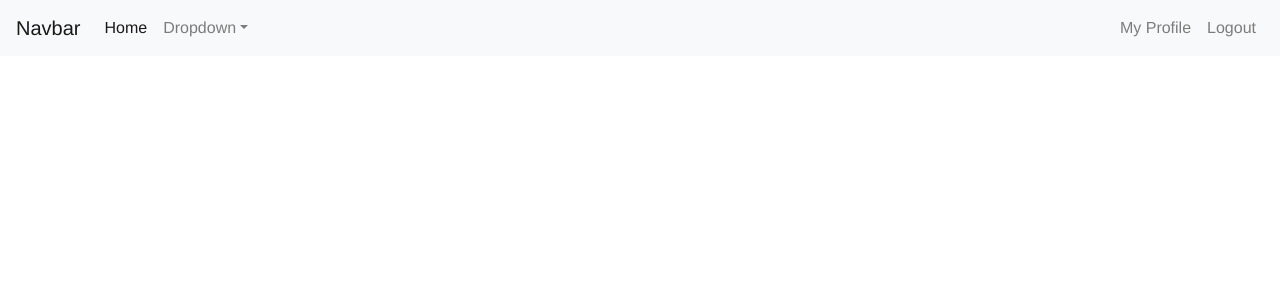
Repository: randrin/Firebase-Auth-Vue
Page: /profile
The author's editor kept a copy of each file at every save. The page is drawn from the files as they stood at one save, then again after the next save.
The browser window is 1280 px wide. The pictures show the whole page.
The project was rebuilt for these pictures with package versions that can differ from the ones it lists, and the page was loaded fresh each time. Also part of the build but not shown: src/components/Home.vue. Imported but missing from the stored project, and not drawn on this page: src/components/Login.

Above is the page before, as saved 2020-08-07 13:01:56.

### index.html
<!DOCTYPE html>
<html>
  <head>
    <meta charset="utf-8">
    <meta name="viewport" content="width=device-width,initial-scale=1.0">
    <title>firebase-vue-project</title>
  </head>
  <body>
    <div id="app"></div>
    <!-- built files will be auto injected -->
  </body>
</html>

### src/main.js
// The Vue build version to load with the `import` command
// (runtime-only or standalone) has been set in webpack.base.conf with an alias.
import Vue from 'vue';
import App from './App';
import router from './router';
import "bootstrap/dist/css/bootstrap.min.css";
import "bootstrap/dist/js/bootstrap.min.js";
import firebase from "firebase";
const firebaseConfig = {
  apiKey: "AIzaSyAoI97OZEueeefa3bsxkWqcPkXO4uCsIew",
  authDomain: "auth-firebase-vue-aa54a.firebaseapp.com",
  databaseURL: "https://auth-firebase-vue-aa54a.firebaseio.com",
  projectId: "auth-firebase-vue-aa54a",
  storageBucket: "auth-firebase-vue-aa54a.appspot.com",
  messagingSenderId: "87463160620",
  appId: "1:87463160620:web:98836a65f968c0a78cda89",
  measurementId: "G-1NJ5M3RPCY"
};
firebase.initializeApp(firebaseConfig);

Vue.config.productionTip = false

/* eslint-disable no-new */
new Vue({
  el: '#app',
  router,
  components: { App },
  template: '<App/>'
})

### src/router/index.js
import Vue from "vue";
import Router from "vue-router";
import Login from "@/components/Login";
import Home from "@/components/Home";
import Profile from "@/components/Profile";

Vue.use(Router);

export default new Router({
  mode: "history",

  routes: [
    {
      path: "/profile",
      name: "Profile",
      component: Profile
    },
    {
      path: "/login",
      name: "Login",
      component: Login
    },
    {
      path: "/",
      name: "Home",
      component: Home
    }
  ]
});

### src/components/Profile.vue
<template>
  <section>
    <navigation></navigation>
    <div
      class="card horizontal"
      style="max-width:400px;margin:0 auto;"
      v-if="user"
    >
      <div class="card-image" style="margin-top:25px;margin-left:10px;">
        <img
          :src="user.photoURL"
          style="width:75px;height:75px;border-radius:50%;border:4px solid #333"
        />
      </div>
      <div class="card-stacked">
        <div class="card-content">
          <p>
            name: <strong>{{ user.displayName }}</strong><br />
            email:<strong>{{ user.email }}</strong><br />
            uid: <strong>{{ user.uid }}</strong> <br />
            lastSignInTime: <strong>{{ user.metadata.lastSignInTime }}</strong> <br />
            provider:
            <strong class="teal-text">{{
              user.providerData[0].providerId
            }}</strong>
          </p>
        </div>
      </div>
    </div>
  </section>
</template>

<script>
import navigation from "@/components/NavBar.vue";
import firebase from "firebase";

export default {
  data() {
    return {
      user: null
    };
  },
  components: {
    navigation
  },
  created() {
    firebase.auth().onAuthStateChanged(user => {
      if (user) {
        this.user = user;
        console.log(this.user);
      }
    });
  }
};
</script>

### src/components/NavBar.vue
<template>
  <nav class="navbar navbar-expand-lg navbar-light bg-light">
    <router-link class="navbar-brand" :to="{ name: 'Home' }"
      >Navbar</router-link
    >
    <button
      class="navbar-toggler"
      type="button"
      data-toggle="collapse"
      data-target="#navbarSupportedContent"
      aria-controls="navbarSupportedContent"
      aria-expanded="false"
      aria-label="Toggle navigation"
    >
      <span class="navbar-toggler-icon"></span>
    </button>

    <div class="collapse navbar-collapse" id="navbarSupportedContent">
      <ul class="navbar-nav mr-auto">
        <li class="nav-item active">
          <router-link class="nav-link" :to="{ name: 'Home' }">
            Home
            <span class="sr-only">(current)</span>
          </router-link>
        </li>
        <li class="nav-item dropdown">
          <a
            class="nav-link dropdown-toggle"
            href="#"
            id="navbarDropdown"
            role="button"
            data-toggle="dropdown"
            aria-haspopup="true"
            aria-expanded="false"
            >Dropdown</a
          >
          <div class="dropdown-menu" aria-labelledby="navbarDropdown">
            <a class="dropdown-item" href="#">Action</a>
            <a class="dropdown-item" href="#">Another action</a>
            <div class="dropdown-divider"></div>
            <a class="dropdown-item" href="#">Something else here</a>
          </div>
        </li>
      </ul>
      <ul class="nav navbar-nav navbar-right">
        <li class="nav-item">
          <router-link :to="{ name: 'Profile' }" class="nav-link"
            >My Profile</router-link
          >
        </li>
        <li v-if="userIsLogged" class="nav-item">
          <router-link :to="{ name: 'Login' }" class="nav-link"
            >Login</router-link
          >
        </li>
        <li v-else class="nav-item">
          <a href="#" class="nav-link" @click="signOut">Logout</a>
        </li>
      </ul>
    </div>
  </nav>
</template>

<script>
import firebase from "firebase";

export default {
  data() {
    return {
      userIsLogged: false
    };
  },
  created() {
    firebase.auth().onAuthStateChanged(user => {
      if (user) {
        this.userIsLogged = true;
        console.log(this.user);
      }
    });
  },
  methods: {
    signOut(e) {
      e.stopPropagation();
      firebase.auth().signOut();
      this.$router.push({
        name: "Login"
      });
    }
  }
};
</script>

Loaded but not shown: src/App.vue (common file)

After the next save:
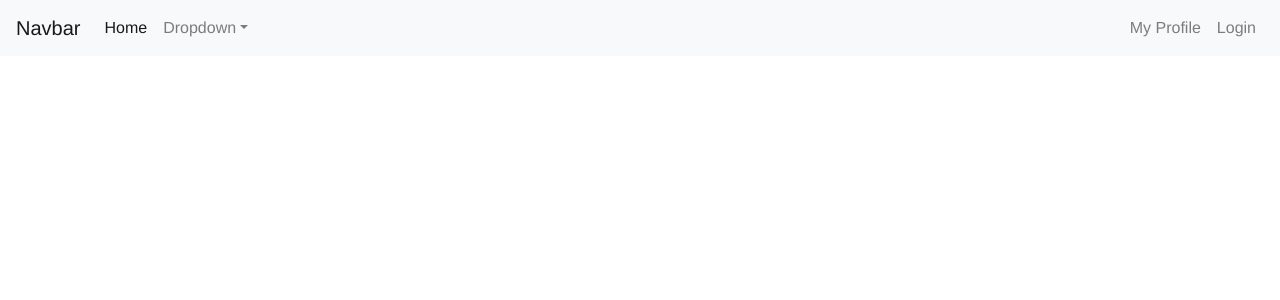
Saved 9 s later.
--- a/src/components/NavBar.vue
+++ b/src/components/NavBar.vue
@@ -48,7 +48,7 @@
             >My Profile</router-link
           >
         </li>
-        <li v-if="userIsLogged" class="nav-item">
+        <li v-if="!userIsLogged" class="nav-item">
           <router-link :to="{ name: 'Login' }" class="nav-link"
             >Login</router-link
           >
